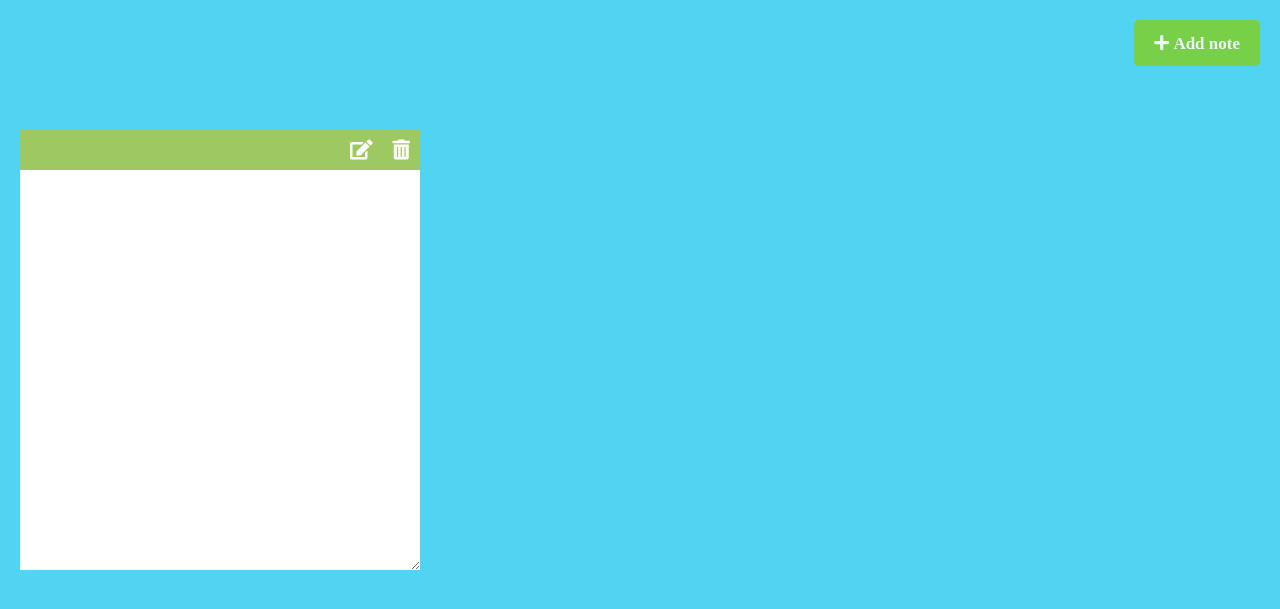
Repository: northpx/noteslist
Page: index.html
An editor plug-in stored every save of this project. The page is shown before and after the next save, followed by the edit.
The browser window is 1280 px wide. The pictures show the whole page.
After loading, the first visible `button.add` was clicked once.
Some web libraries are served in a nearby version.

Above is the page before, as saved 2023-01-08 10:00:10.

### index.html
<!DOCTYPE html>
<html lang="en">
<head>
    <meta charset="UTF-8">
    <meta http-equiv="X-UA-Compatible" content="IE=edge">
    <meta name="viewport" content="width=device-width, initial-scale=1.0">
    <link rel="stylesheet" href="https://cdnjs.cloudflare.com/ajax/libs/font-awesome/5.14.0/css/all.min.css"
    integrity="sha512-1PKOgIY59xJ8Co8+NE6FZ+LOAZKjy+KY8iq0G4B3CyeY6wYHN3yt9PW0XpSriVlkMXe40PTKnXrLnZ9+fkDaog=="
    crossorigin="anonymous" />
    <link rel="stylesheet" href="style.css">
    <title>Notes List</title>
</head>
<body>
    <button class="add" onclick="addNewNote()">
        <i class="fas fa-plus"> Add note</i>
    </button>
    <script src="script.js"></script>
</body>
</html>

### style.css
@import url('https://fonts.googleapis.com/css2?family=Poppins:ital,wght@0,200;0,300;0,400;0,500;0,600;0,700;0,800;0,900;1,200;1,300;1,400;1,500;1,600;1,700;1,800;1,900&family=Roboto:ital,wght@0,100;0,300;0,400;0,500;0,700;0,900;1,100;1,300;1,400;1,500;1,700;1,900&display=swap');

* {
    margin: 0;
    padding: 0;
    box-sizing: border-box;
    font-family: 'Poppins';
}

body {
    background-color: rgba(22, 198, 237, 0.747);
    display: flex;
    flex-wrap: wrap;
    padding: 100px 0px;
}

.add {
    position: fixed;
    top: 20px;
    right: 20px;
    background-color: rgb(120, 208, 72);
    border: none;
    color: aliceblue;
    border-radius: 5px;
    padding: 10px 20px;
    cursor: pointer;
    font-size: 17px;
    font-weight: 500;
}

.note {
    height: 400px;
    width: 400px;
    background-color: #fff;
    margin: 30px 20px;
}

.note .noteChild {
    background-color: #9ec862;
    display: flex;
    justify-content: flex-end;
    padding: 5px 10px;
}

.note .noteChild button {
    background-color: transparent;
    border: none;
    color: #fff;
    font-size: 20px;
    margin-left: 20px;
    cursor: pointer;
}

.note textarea {
    height: 400px;
    width: 100%;
    outline: none;
    border: none;
    font-size: 20px;
    padding: 20px;
}

### script.js
"use strict"
const addBtn = document.querySelector(".add")
function addNewNote(text = '') {
    const note = document.createElement('div')
    note.classList.add('note')

    note.innerHTML = `
    <div class="noteChild">
        <button class="edit"><i class="fas fa-edit"></i></button>
        <button class="delete"><i class="fas fa-trash-alt"></i></button>
    </div>
    <div class="noteText"></div>
    <textarea></textarea>
    `
    document.body.appendChild(note)
}

After the next save:
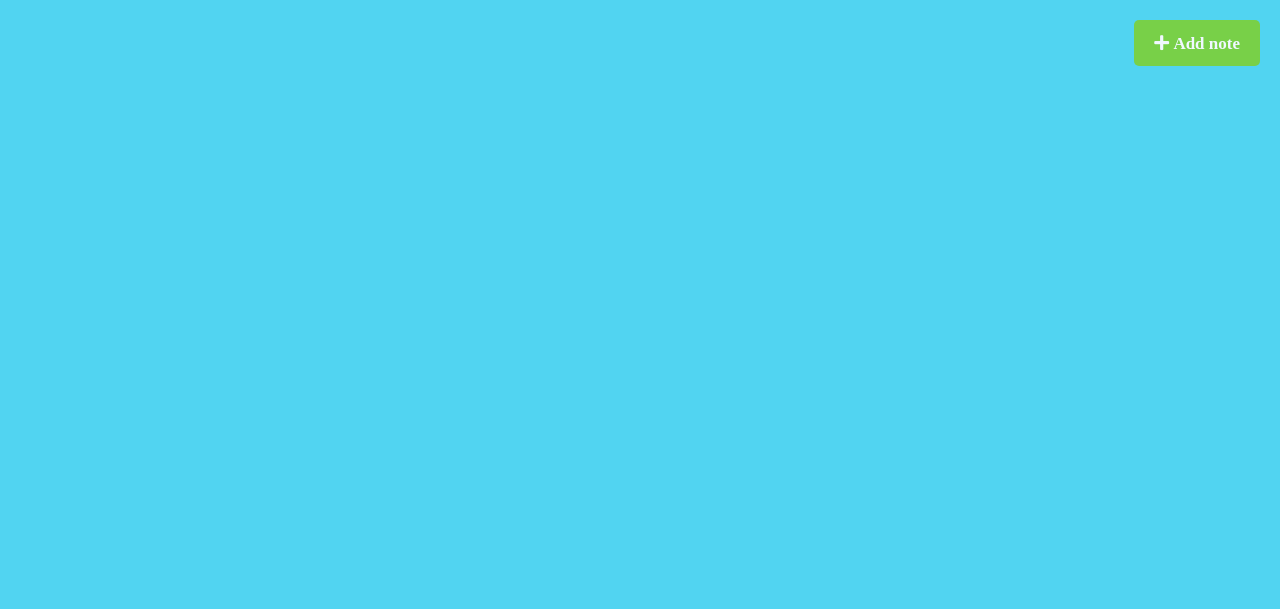
Console error: ReferenceError: cons is not defined
Saved 3 min 23 s later.
--- a/script.js
+++ b/script.js
@@ -12,5 +12,6 @@
     <div class="noteText"></div>
     <textarea></textarea>
     `
+    cons
     document.body.appendChild(note)
 }

After the 5 saves that followed:
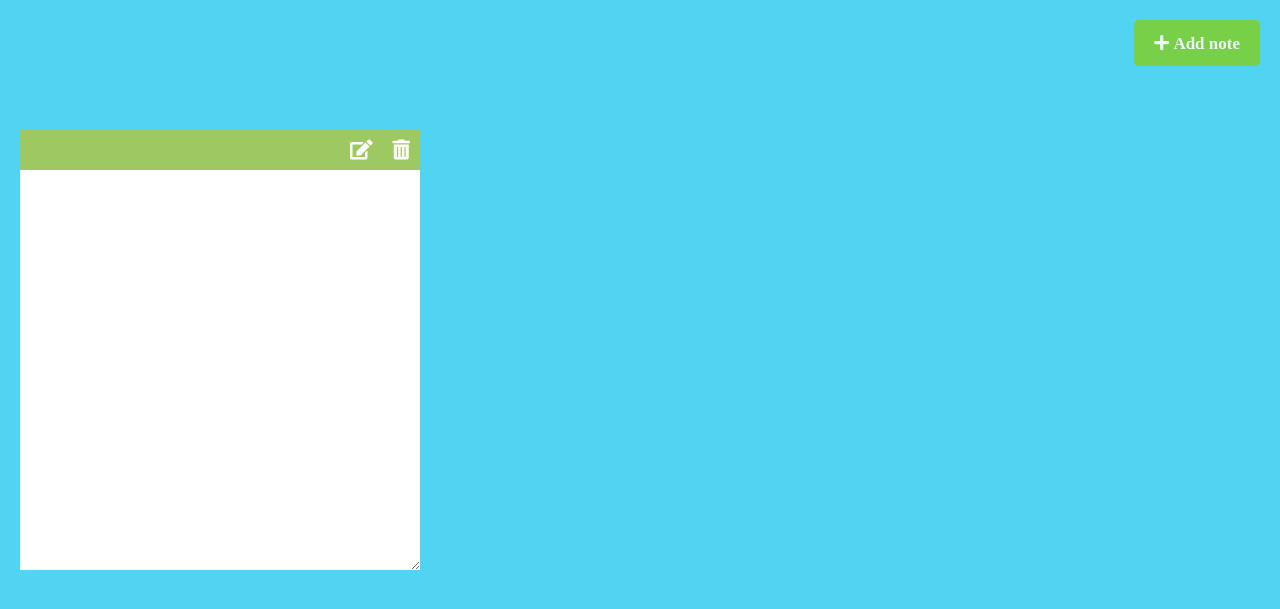
The error is gone.
The 5 saves are shown as one change because 2 left the picture as it was and some came seconds apart.
The last was saved 33 s later.
--- a/script.js
+++ b/script.js
@@ -12,6 +12,7 @@
     <div class="noteText"></div>
     <textarea></textarea>
     `
-    cons
+    const deleteBtn = document.querySelector('.delete')
+
     document.body.appendChild(note)
 }
